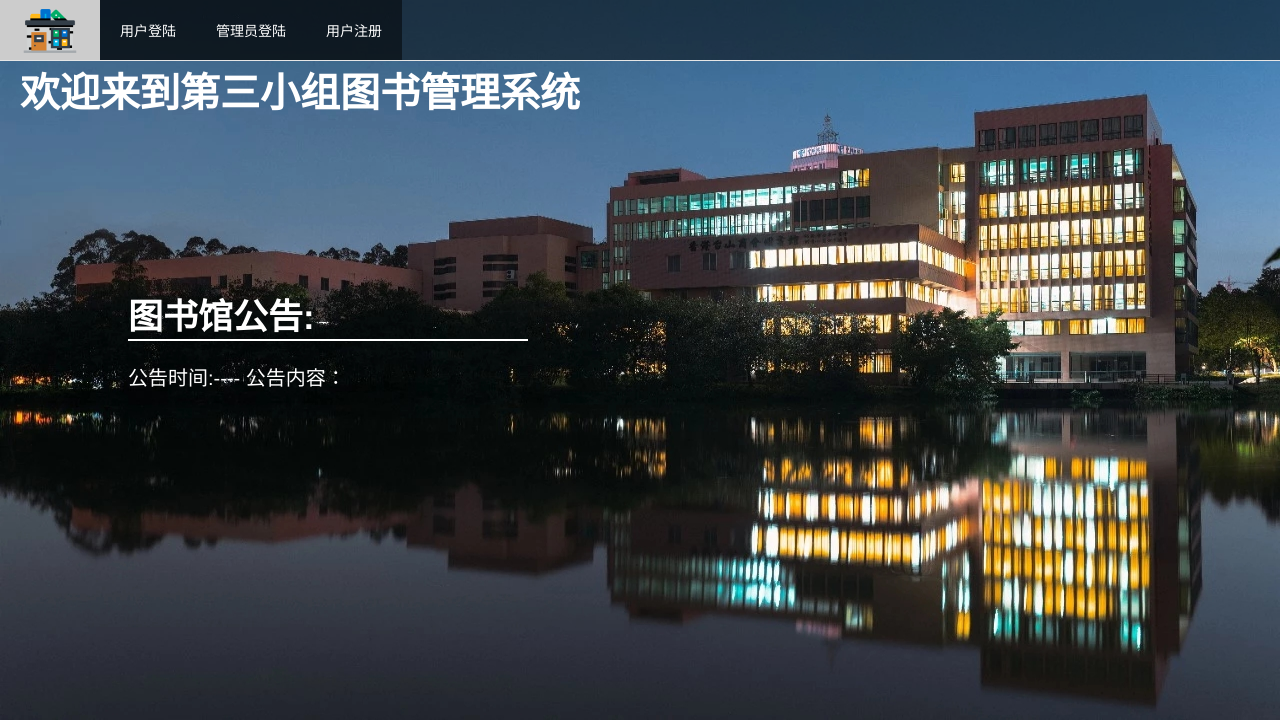
Repository: Akron-xz/helloVue
Page: / (app in vue-library/)
The author's editor kept a copy of each file at every save. The page is drawn from the files as they stood at one save, then again after the next save.
The browser window is 1280 px wide. The pictures show the whole page.
The page's requests for data from a server got no answer. The project was rebuilt for these pictures with package versions that can differ from the ones it lists, and the page was loaded fresh each time. No one was signed in, and anything a server would have sent is missing.

Above is the page before, as saved 2020-11-25 20:37:38.

After the next save:
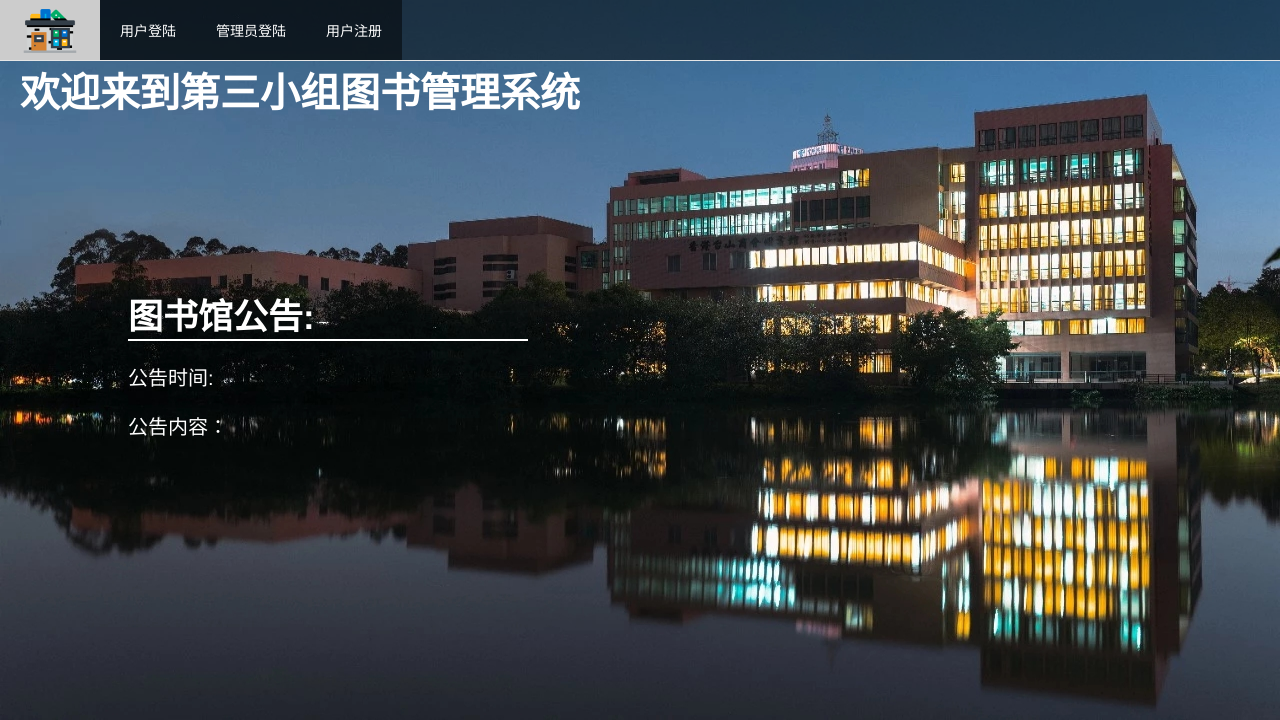
Saved 87 s later.
--- a/vue-library/src/views/Home.vue
+++ b/vue-library/src/views/Home.vue
@@ -28,8 +28,8 @@
 
       <h2>图书馆公告:</h2>
       <div class="link-top"></div>
-      <p>公告时间:{{announceTimeStr}}---- 公告内容：{{ announceContent }}</p>
-
+      <p>公告时间:{{announceTimeStr}}</p>
+      <p>公告内容：{{ announceContent }}</p>
     </div>
     <div class="img">
       <!-- <img src="/img/anoncementImg.svg" alt="" class="anoncementImg">  -->
